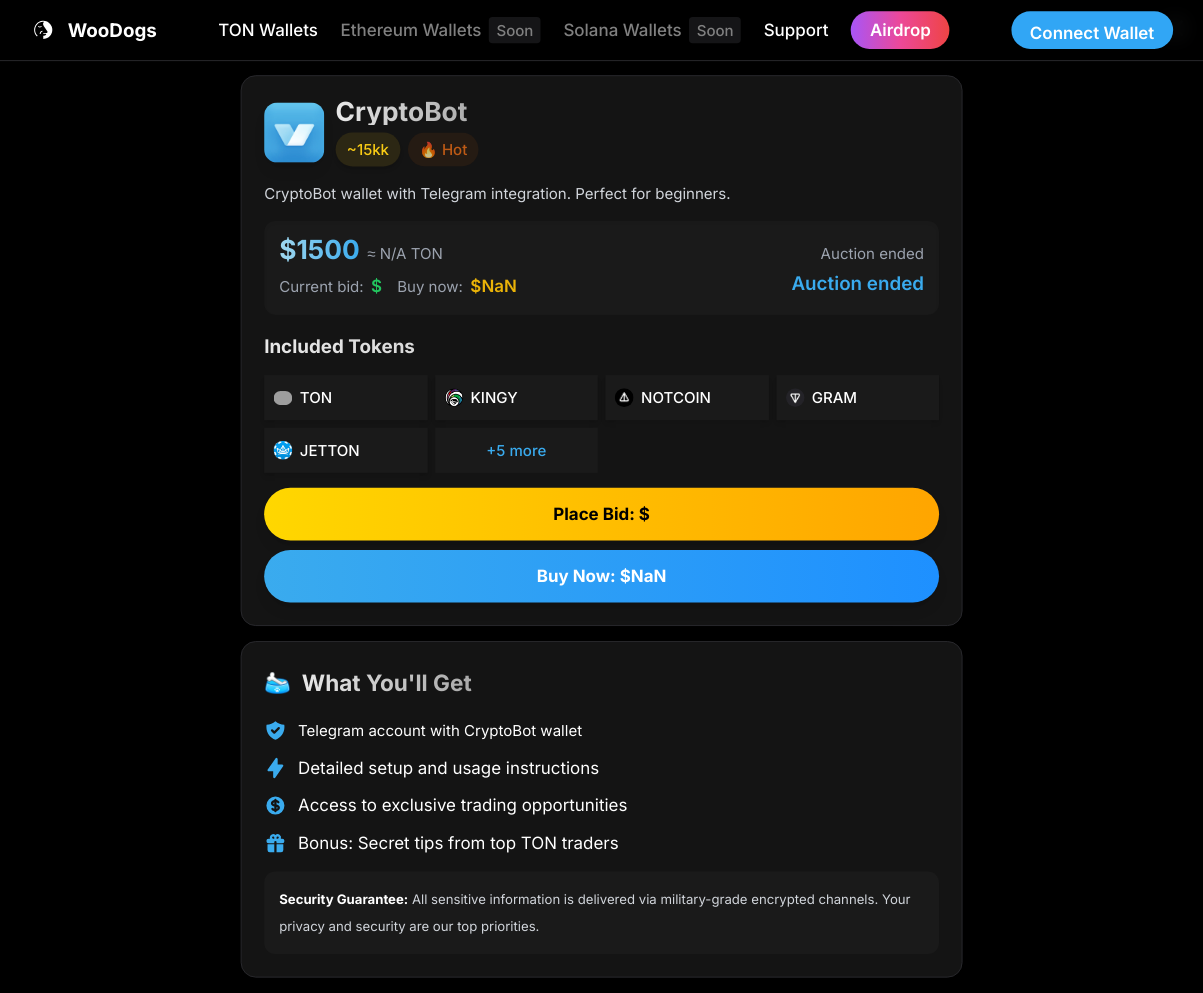
Repository: itititi/woofdogs_off
Page: /wallet/cryptobot-1
An editor plug-in stored every save of this project. The page is shown before and after the next save, followed by the edit.
The browser window is 1280 px wide. The pictures show the whole page, at 94% of full size.
Pictures or frames that could not be fetched are drawn as grey boxes. The page's requests for data from a server got no answer. The project was rebuilt for these pictures with package versions that can differ from the ones it lists, and the page was loaded fresh each time. The framework's server and built-in components were replaced by stand-ins that run in the browser. No one was signed in, and anything a server would have sent is missing. Also part of the build but not shown: next.config.mjs.

Above is the page before, as saved 2024-10-30 23:31:42.

After the next save:
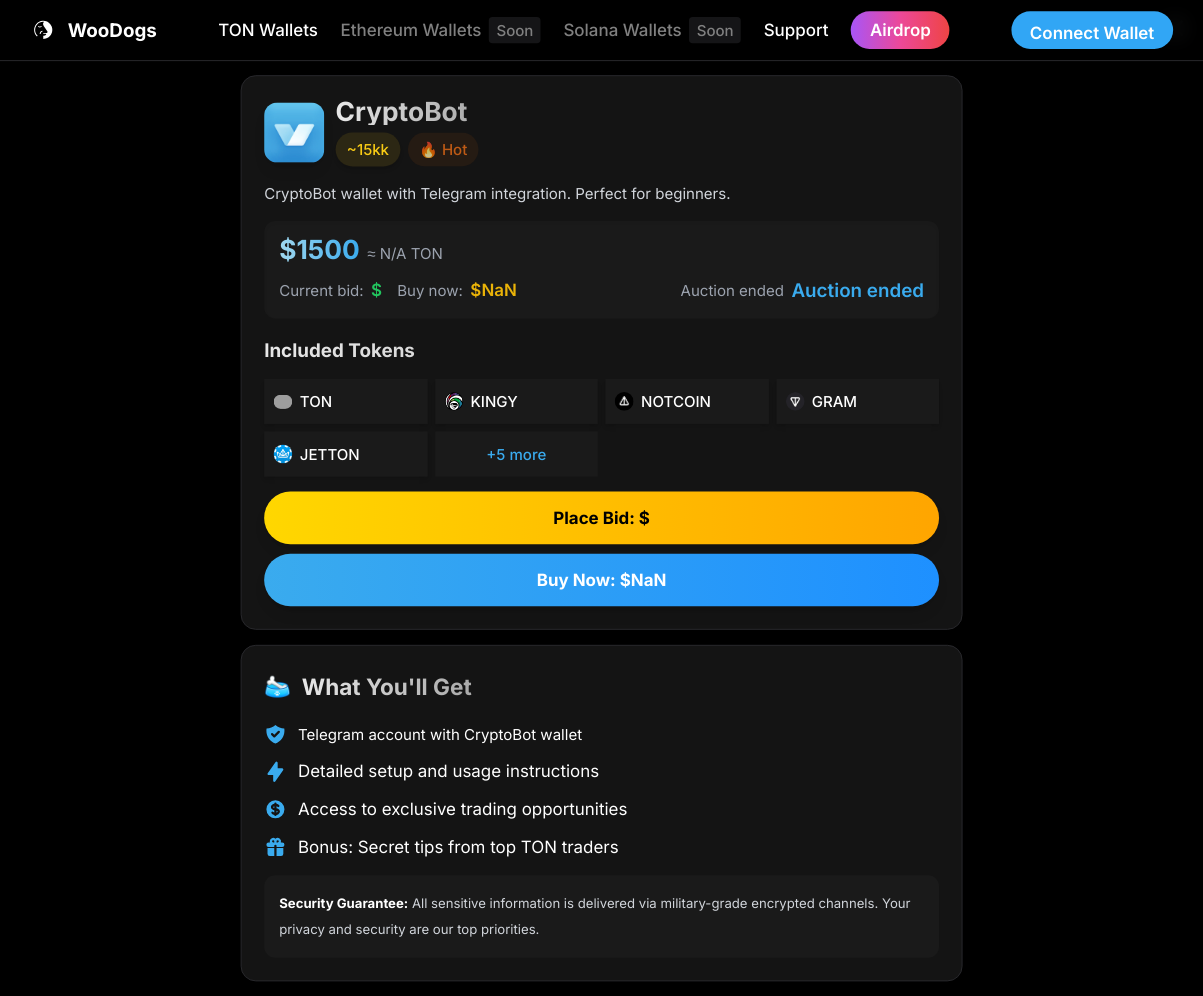
Saved 2 min 18 s later.
--- a/src/app/wallet/[id]/page.tsx
+++ b/src/app/wallet/[id]/page.tsx
@@ -158,16 +158,16 @@
 
             {/* Price section */}
             <div className="bg-[#1A1A1A] rounded-xl p-4 mb-4 shadow-inner">
-              <div className="flex flex-col sm:flex-row justify-between items-start sm:items-center gap-3">
-                <div>
-                  <div className="flex items-baseline mb-2">
-                    <span className="text-[28px] font-bold bg-gradient-to-r from-[#A0D8EF] to-[#3AABEE] text-transparent bg-clip-text">
-                      ${wallet.priceUSD}
-                    </span>
-                    <span className="text-[16px] text-gray-400 ml-2">
-                      ≈ {tonAmount} TON
-                    </span>
-                  </div>
+              <div className="flex flex-col gap-3">
+                <div className="flex items-baseline">
+                  <span className="text-[28px] font-bold bg-gradient-to-r from-[#A0D8EF] to-[#3AABEE] text-transparent bg-clip-text">
+                    ${wallet.priceUSD}
+                  </span>
+                  <span className="text-[16px] text-gray-400 ml-2">
+                    ≈ {tonAmount} TON
+                  </span>
+                </div>
+                <div className="flex items-center justify-between">
                   <div className="flex items-center gap-4">
                     <div>
                       <span className="text-[16px] text-gray-400">Current bid:</span>
@@ -178,14 +178,14 @@
                       <span className="text-[18px] font-semibold text-yellow-500 ml-2">${buyNowPrice}</span>
                     </div>
                   </div>
-                </div>
-                <div className="flex flex-col items-end">
-                  <span className="text-[16px] text-gray-400 mb-1">
-                    {isAuctionEnded ? 'Auction ended' : 'Auction ends in:'}
-                  </span>
-                  <span className="text-[20px] font-semibold text-[#3AABEE]">
-                    {timeLeft}
-                  </span>
+                  <div className="flex items-center">
+                    <span className="text-[16px] text-gray-400 mr-2">
+                      {isAuctionEnded ? 'Auction ended' : 'Ends in:'}
+                    </span>
+                    <span className="text-[20px] font-semibold text-[#3AABEE]">
+                      {timeLeft}
+                    </span>
+                  </div>
                 </div>
               </div>
             </div>
